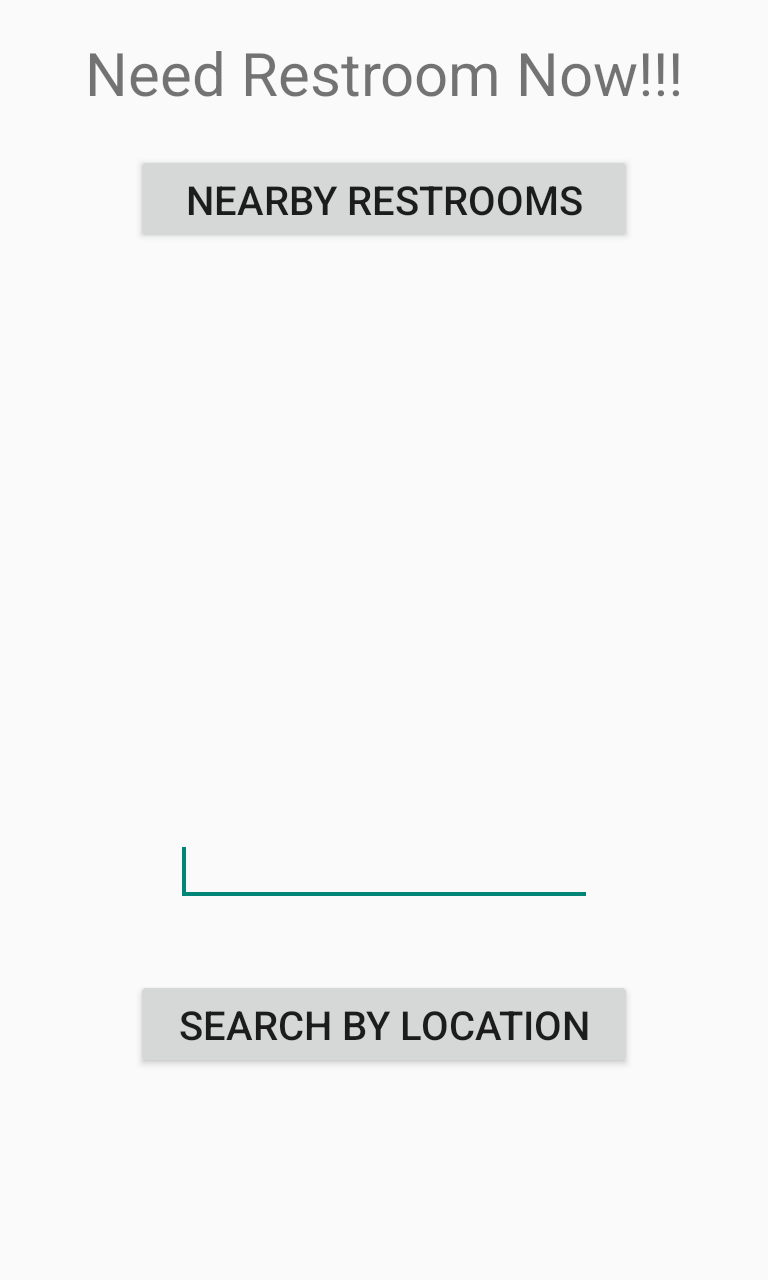
Repository: SarahDowlath/DebraGotToGo
Layout: GottahGo!/res/layout/fragment_main.xml
These files come from the project's save history. The layout is drawn as it stood at one moment and after the next save; the edit follows.
It is drawn on a 768 x 1280 px phone screen (xhdpi) without system bars, with theme AppTheme; the app's code is not run.

Above is the layout before, as saved 2014-07-08 16:55:22.

### GottahGo!/res/layout/fragment_main.xml
<RelativeLayout xmlns:android="http://schemas.android.com/apk/res/android"
    xmlns:tools="http://schemas.android.com/tools"
    android:layout_width="match_parent"
    android:layout_height="match_parent"

    android:paddingBottom="@dimen/activity_vertical_margin"
    android:paddingLeft="@dimen/activity_horizontal_margin"
    android:paddingRight="@dimen/activity_horizontal_margin"
    android:paddingTop="@dimen/activity_vertical_margin"
    tools:context="com.papodec.gottahgo.MainActivity$PlaceholderFragment" >


    <TextView
        android:id="@+id/textView2"
        android:layout_width="fill_parent"
        android:layout_height="wrap_content"
         android:text="@string/ref"
         android:textSize = "30sp"
         android:layout_gravity= "center"
         android:gravity="center"
        />

    <Button
         android:id="@+id/bmap"
        android:layout_width="250dp"
        android:layout_height="wrap_content"
        android:layout_below="@+id/textView2"
        android:layout_centerHorizontal="true"
        android:layout_marginTop="19dp"
        android:text="@string/banner"
        android:textSize="20sp" />

    <EditText
        android:id="@+id/editText1"
        android:layout_width="wrap_content"
        android:layout_height="wrap_content"

        android:layout_above="@+id/bsearch"
        android:layout_centerHorizontal="true"
        android:layout_marginBottom="33dp"
        android:ems="10" >

        <requestFocus />
    </EditText>

    <Button
        android:id="@+id/bsearch"
        android:layout_width="250dp"
        android:layout_height="wrap_content"

        android:layout_alignLeft="@+id/bmap"
        android:layout_alignParentBottom="true"
        android:layout_marginBottom="88dp"
        android:text="@string/search"
        android:textSize="20sp" />



</RelativeLayout>

### GottahGo!/res/values/styles.xml
<resources>

    <!--
        Base application theme, dependent on API level. This theme is replaced
        by AppBaseTheme from res/values-vXX/styles.xml on newer devices.
    -->
    <style name="AppBaseTheme" parent="Theme.AppCompat.Light">
        <!--
            Theme customizations available in newer API levels can go in
            res/values-vXX/styles.xml, while customizations related to
            backward-compatibility can go here.
        -->
    </style>

    <!-- Application theme. -->
    <style name="AppTheme" parent="AppBaseTheme">
        <!-- All customizations that are NOT specific to a particular API-level can go here. -->
    </style>


</resources>

### GottahGo!/res/values/strings.xml
<?xml version="1.0" encoding="utf-8"?>
<resources>

    <string name="app_name">GottahGo!</string>
    <string name="hello_world">Hello world!</string>
    <string name="action_settings">Settings</string>
    <string name="ref">Need Restroom Now!!!</string>

    <string name="banner">Nearby Restrooms</string>
    <string name="search">Search by Location</string>

</resources>

Loaded but not shown: GottahGo!/res/values-v11/styles.xml (common file); GottahGo!/res/values-v14/styles.xml (common file); GottahGo!/res/values/dimens.xml (common file); GottahGo!/res/values-w820dp/dimens.xml (common file)

After the next save:
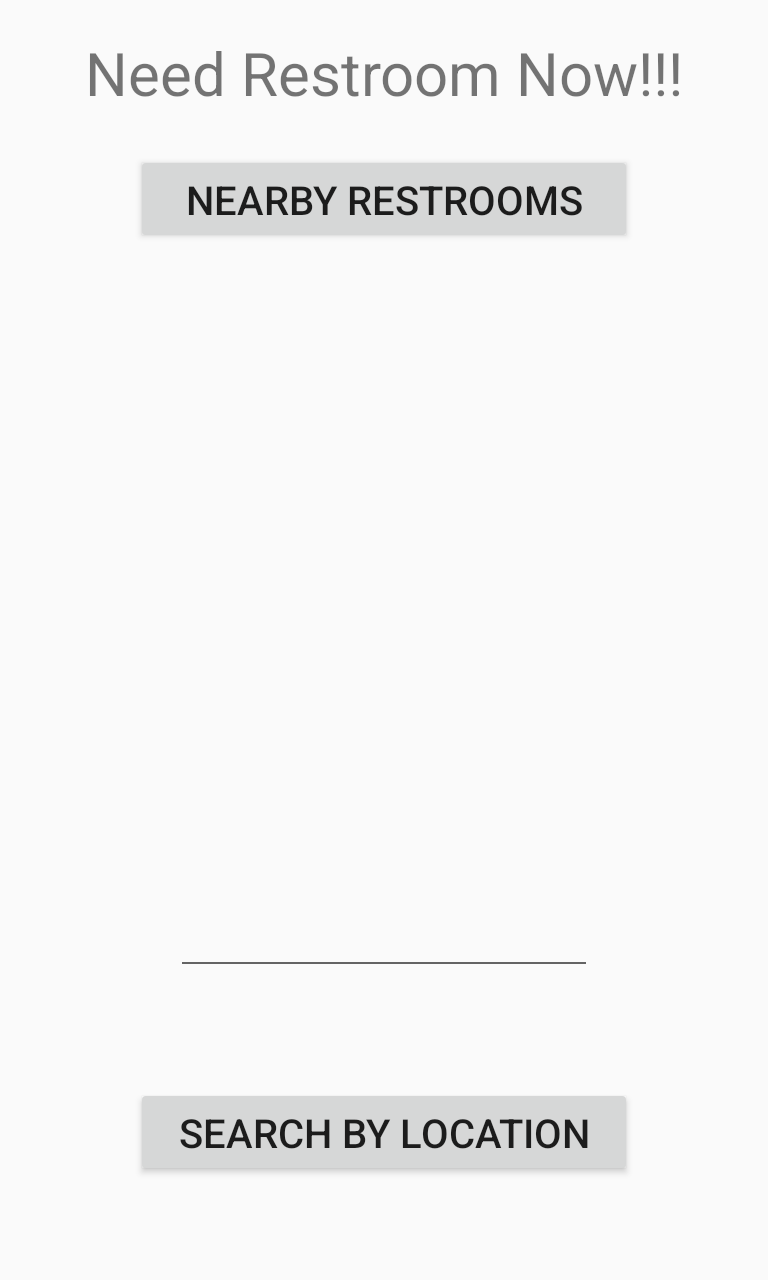
Saved 65 s later.
--- a/GottahGo!/res/layout/fragment_main.xml
+++ b/GottahGo!/res/layout/fragment_main.xml
@@ -30,30 +30,23 @@
         android:text="@string/banner"
         android:textSize="20sp" />
 
+    <Button
+        android:id="@+id/bsearch"
+        android:layout_width="250dp"
+        android:layout_height="wrap_content"
+        android:layout_alignLeft="@+id/bmap"
+        android:layout_alignParentBottom="true"
+        android:layout_marginBottom="34dp"
+        android:text="@string/search"
+        android:textSize="20sp" />
+
     <EditText
         android:id="@+id/editText1"
         android:layout_width="wrap_content"
         android:layout_height="wrap_content"
-
         android:layout_above="@+id/bsearch"
         android:layout_centerHorizontal="true"
-        android:layout_marginBottom="33dp"
-        android:ems="10" >
-
-        <requestFocus />
-    </EditText>
-
-    <Button
-        android:id="@+id/bsearch"
-        android:layout_width="250dp"
-        android:layout_height="wrap_content"
-
-        android:layout_alignLeft="@+id/bmap"
-        android:layout_alignParentBottom="true"
-        android:layout_marginBottom="88dp"
-        android:text="@string/search"
-        android:textSize="20sp" />
-
-
+        android:layout_marginBottom="52dp"
+        android:ems="10" />
 
 </RelativeLayout>
